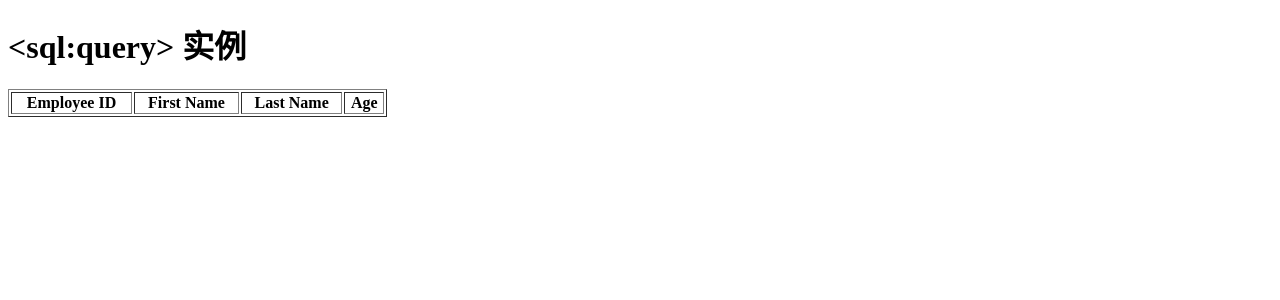
Repository: eterinfi/java
Page: http://localhost/JSPDemo/JSTLDemo/sql/sql_query.jsp
The author's editor kept a copy of each file at every save. The page is drawn from the files as they stood at one save, then again after the next save.
The browser window is 1280 px wide. The pictures show the whole page.
The page is served by Tomcat 9. Queries for data that is not in the repository find no rows.

Above is the page before, as saved 2016-11-15 15:42:41.

After the next save:
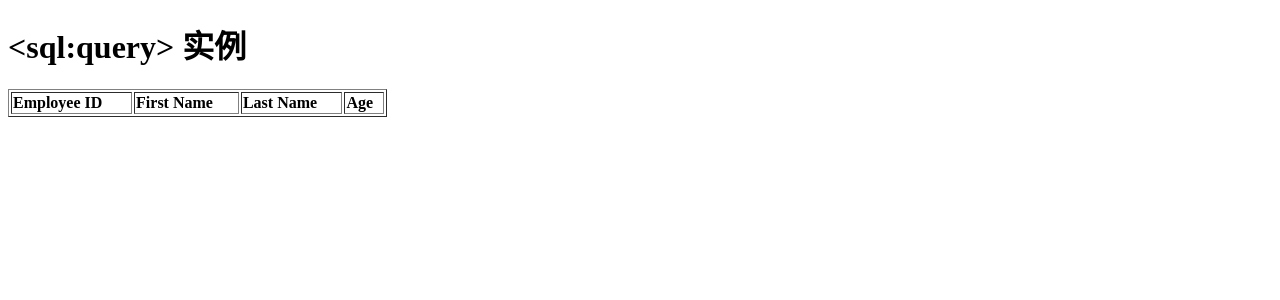
Saved 45 s later.
--- a/jee/JSPDemo/WebContent/JSTLDemo/sql/sql_query.jsp
+++ b/jee/JSPDemo/WebContent/JSTLDemo/sql/sql_query.jsp
@@ -19,7 +19,7 @@
     SELECT * from Employees;
   </sql:query>
   <table border="1" width="30%">
-    <tr>
+    <tr align="left">
       <th>Employee ID</th>
       <th>First Name</th>
       <th>Last Name</th>
